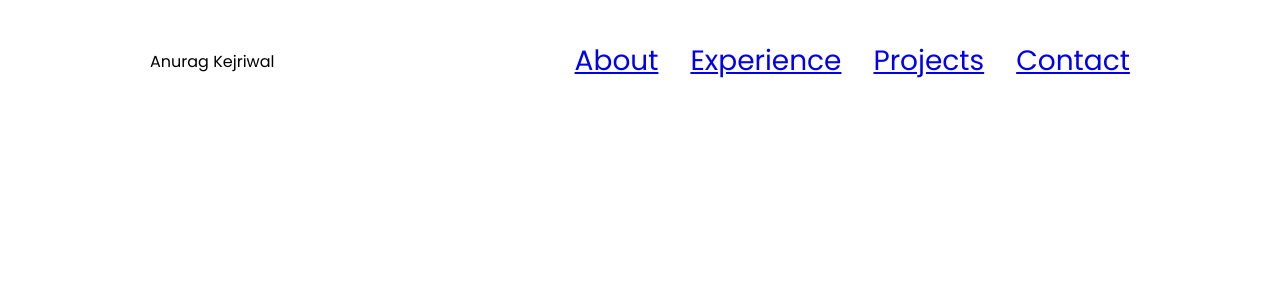
Repository: anuragkej/OldPortfolio
Page: index.html
An editor plug-in stored every save of this project. The page is shown before and after the next save, followed by the edit.
The browser window is 1280 px wide. The pictures show the whole page.

Above is the page before, as saved 2024-05-25 20:19:34.

### index.html
<!DOCTYPE html>
<html lang="en">
<head>
    <meta charset="UTF-8">
    <meta name="viewport" content="width=device-width, initial-scale=1.0">
    <title>Personal Portfolio</title>
    <link rel="stylesheet" href="style.css">
    <link rel="stylesheet" href="mediaqueries.css">
</head>
<body>
    <nav id="desktop-nav">
        <div class="logo">Anurag Kejriwal</div>
        <div>
            <ul class="nav-links">
                <li><a href="#about">About</a></li>
                <li><a href="#experience">Experience</a></li>
                <li><a href="#projects">Projects</a></li>
                <li><a href="#contact">Contact</a></li>
            </ul>
        </div>
    </nav>
    <script src="script.js"></script>

</body>
</html>

### style.css
/* General */

@import url('https://fonts.googleapis.com/css2?family=Poppins:wght@300;400;500;600&display=swap');
*{
    margin: 0;
    padding: 0;
}

body{
    font-family: "Poppins", sans-serif;
}

html{
    scroll-behavior: smooth;
}

p{
    color: rgb(85, 85, 85);
}

/* Transition */
/* all the links, with button*/

a,
.btn{
    transition: all 300ms ease;
}

/*Desktop navigation */

nav, .nav-links {
    display: flex;
}

nav{
    justify-content: space-around;
    align-items: center;
    height: 17vh;
}

.nav-links{
    gap: 2rem;
    list-style: none;
    font-size: 1.75rem;
}

Loaded but not shown: mediaqueries.css (no copy from this time; the picture is the same without it); script.js (no copy from this time; the picture is the same without it)

After the next save:
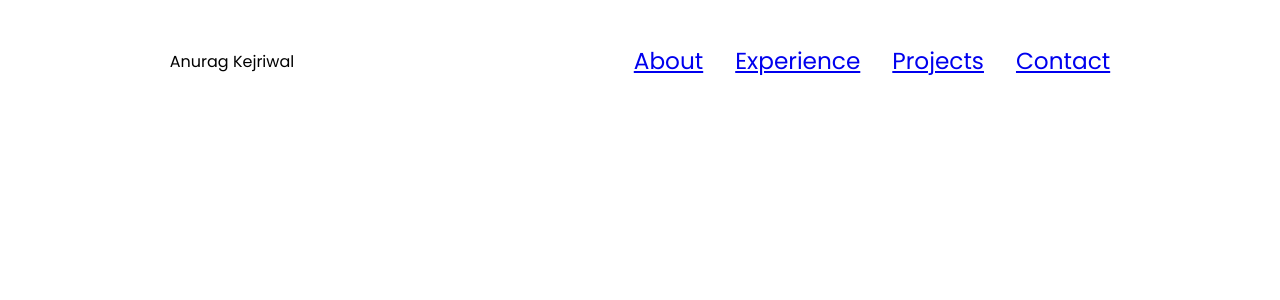
Saved 15 s later.
--- a/style.css
+++ b/style.css
@@ -41,5 +41,5 @@
 .nav-links{
     gap: 2rem;
     list-style: none;
-    font-size: 1.75rem;
+    font-size: 1.45rem;
 }
